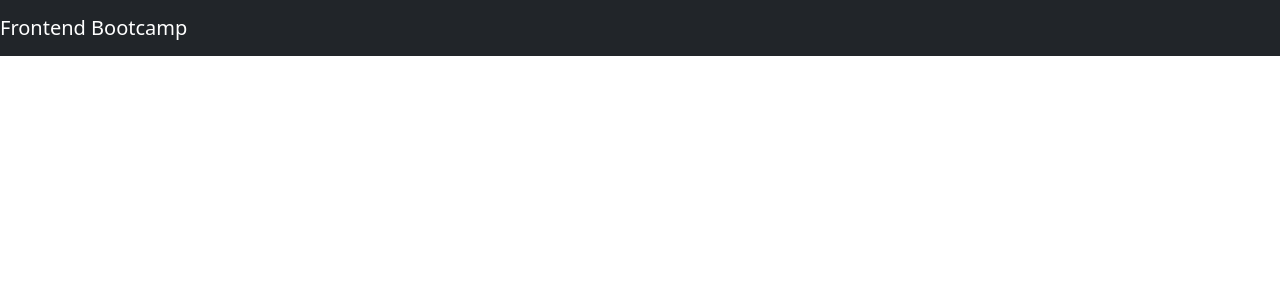
Repository: Marhamat92/Bootstrap5-Responsive-Website-
Page: index.html
An editor plug-in stored every save of this project. The page is shown before and after the next save, followed by the edit.
The browser window is 1280 px wide. The pictures show the whole page.

Above is the page before, as saved 2021-09-18 15:30:27.

After the next save:
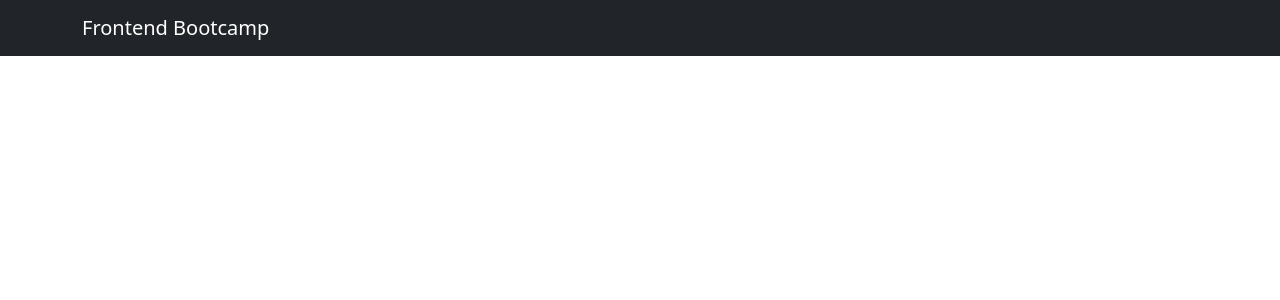
Saved 45 s later.
--- a/index.html
+++ b/index.html
@@ -11,7 +11,9 @@
 </head>
 <body>
  <nav class="navbar navbar-expand-lg bg-dark navbar-dark">
-    <a href="" class="navbar-brand">Frontend Bootcamp</a>
+     <div class="container"><a href="" class="navbar-brand">Frontend Bootcamp</a>
+    </div>
+
  </nav>
 
 
